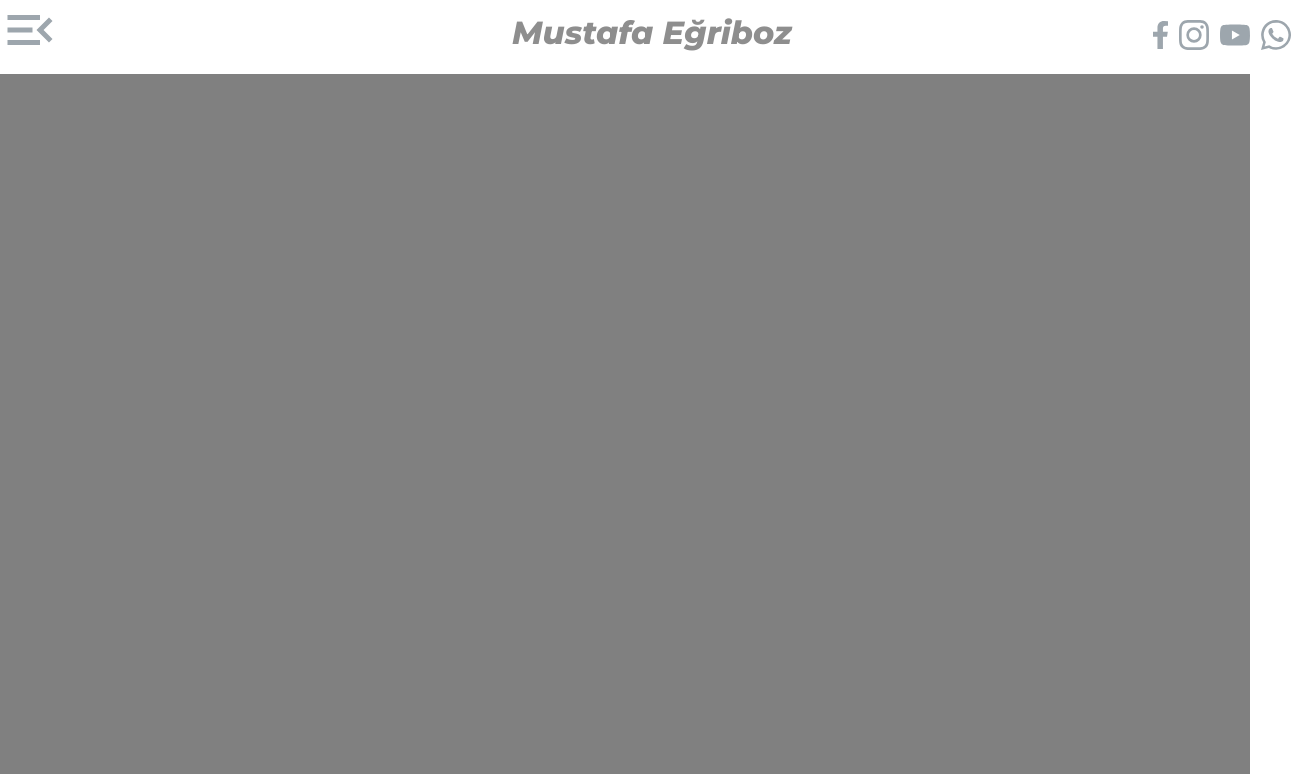
Repository: CengoCengo/m.e-gallery-web-site
Page: index.html
The author's editor kept a copy of each file at every save. The page is drawn from the files as they stood at one save, then again after the next save.
The browser window is 1280 px wide. The page is 1291 px wide, then 1288 px, so the pictures cover 1291 px, including what lies to the right of the window. The pictures show the whole page.

Above is the page before, as saved 2021-02-06 15:29:09.
Console error: TypeError: Cannot read properties of null (reading 'style')

After the next save:
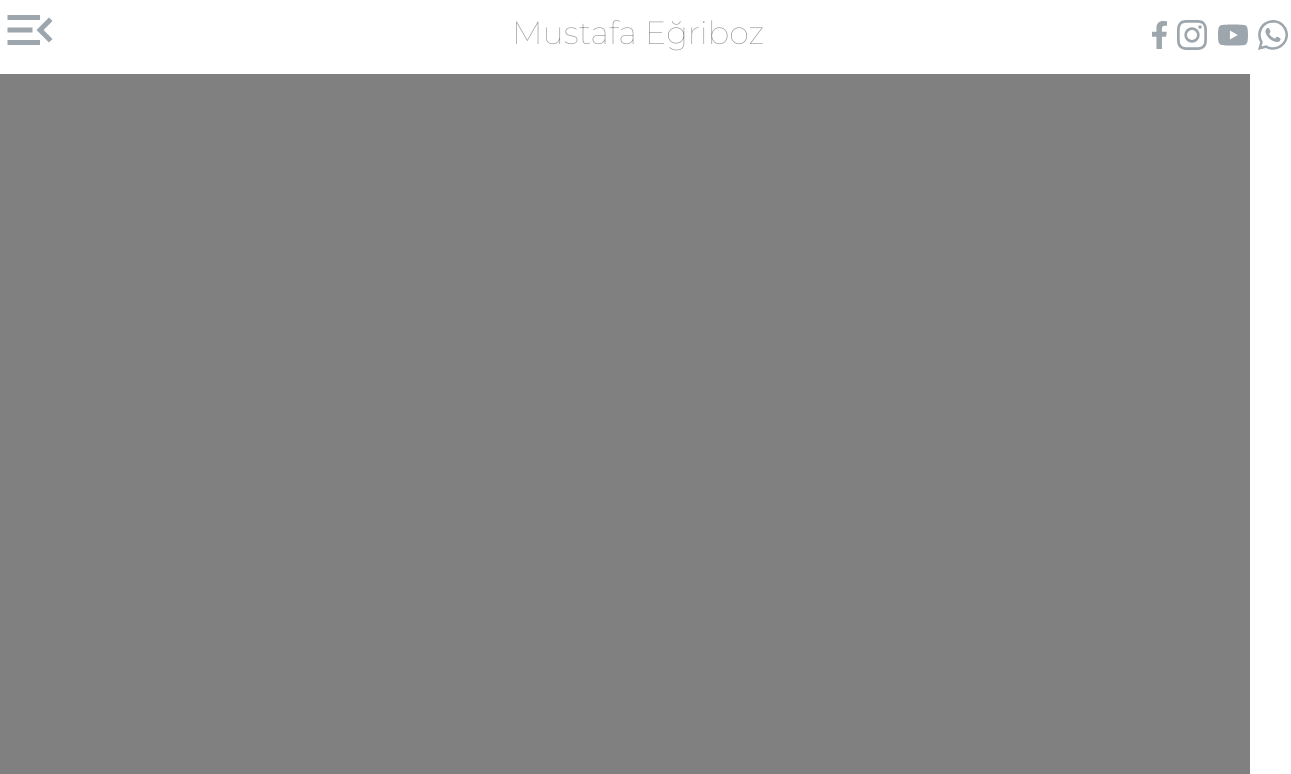
Saved 107 s later.
--- a/index.html
+++ b/index.html
@@ -5,10 +5,8 @@
     <meta name="viewport" content="width=device-width, initial-scale=1.0" />
     <link rel="stylesheet" href="styles/style.css" />
     <link rel="preconnect" href="https://fonts.gstatic.com" />
-    <link
-      href="https://fonts.googleapis.com/css2?family=Montserrat:ital,wght@1,800&display=swap"
-      rel="stylesheet"
-    />
+    <link rel="preconnect" href="https://fonts.gstatic.com">
+    <link href="https://fonts.googleapis.com/css2?family=Montserrat:wght@100&display=swap" rel="stylesheet">
 
     <title>Mustafa Eğriboz</title>
   </head>
